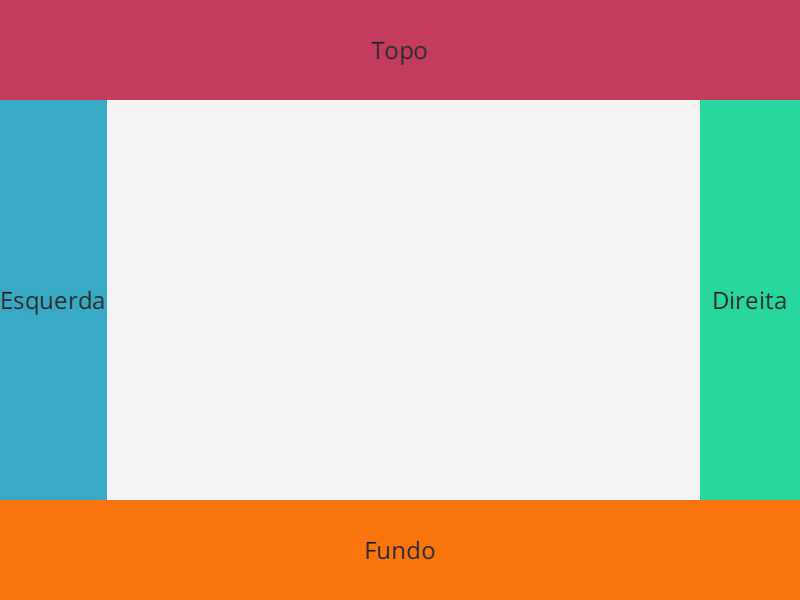
Repository: fredoluzjr/Java-Udemy
Program's window: java Workspace/exercicios-javafx/src/layout/AppLayout.java
An editor plug-in stored every save of this project. The program's window is shown before and after the next save, followed by the edit.
It runs on Java 21 on a 1366 x 768 screen with JavaFX 11; the title bar is not drawn.

Above is the program's window before, as saved 2021-07-08 22:30:53.

### Workspace/exercicios-javafx/src/layout/AppLayout.java
package layout;

import javafx.application.Application;
import javafx.scene.Parent;
import javafx.scene.Scene;
import javafx.stage.Stage;

public class AppLayout extends Application{

	@Override
	public void start(Stage primaryStage) throws Exception {
		Parent raiz = null;

		//raiz = new TesteAnchorPane();
		raiz = new TesteBorderPane();

		//Scene principal = new Scene(new TesteAnchorPane(), 800, 600);
		Scene principal = new Scene(raiz, 800, 600);

		primaryStage.setScene(principal);
		primaryStage.setTitle("Gerenciadores de Layout");
		primaryStage.show();
	}

	public static void main(String[] args) {
		launch(args);
	}
}

### Workspace/exercicios-javafx/src/layout/TesteBorderPane.java
package layout;

import javafx.scene.layout.BorderPane;

public class TesteBorderPane extends BorderPane{

	public TesteBorderPane() {

		Caixa c1 = new Caixa().comTexto("Topo");
		setTop(c1);

		Caixa c2 = new Caixa().comTexto("Esquerda");
		setLeft(c2);

		Caixa c3 = new Caixa().comTexto("Direita");
		setRight(c3);

		Caixa c4 = new Caixa().comTexto("Fundo");
		setBottom(c4);
	}
}

### Workspace/exercicios-javafx/src/layout/Caixa.java
package layout;

import javafx.geometry.Insets;
import javafx.geometry.Pos;
import javafx.scene.control.Label;
import javafx.scene.layout.Background;
import javafx.scene.layout.BackgroundFill;
import javafx.scene.layout.CornerRadii;
import javafx.scene.layout.HBox;
import javafx.scene.paint.Color;
import javafx.scene.text.Font;

public class Caixa extends HBox {

	private static int i = 0;

	public String[] cores = {
		"#c33c5e", "#39aac6", "#28d79d",
		"#fb750e", "#6657a8", "#f9060e"
	};

	public Caixa() {
		this(100, 100);
	}

	public Caixa(int largura, int altura) {
		setAlignment(Pos.CENTER);

		setMinWidth(largura);
		setMinHeight(altura);

		BackgroundFill fill = new BackgroundFill(Color.web(cores[i]), CornerRadii.EMPTY, Insets.EMPTY);
		setBackground(new Background(fill));

		i++;
		if(i == 6) i = 0;
	}

	public Caixa comTexto(String texto) {
		Label label = new Label(texto);
		label.setFont(new Font(24));
		getChildren().add(label);
		return this;
	}
}

After the next save:
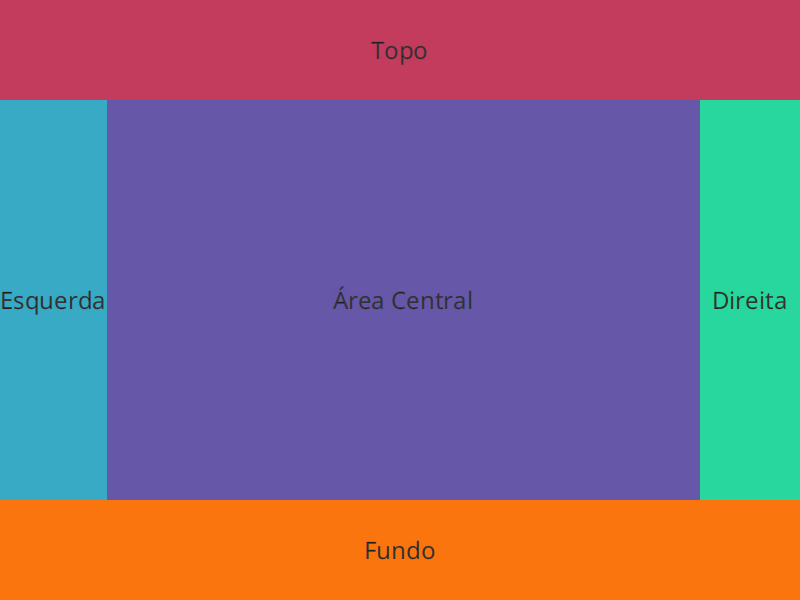
Saved 41 s later.
--- a/Workspace/exercicios-javafx/src/layout/TesteBorderPane.java
+++ b/Workspace/exercicios-javafx/src/layout/TesteBorderPane.java
@@ -17,5 +17,8 @@
 
 		Caixa c4 = new Caixa().comTexto("Fundo");
 		setBottom(c4);
+
+		Caixa c5 = new Caixa().comTexto("Área Central");
+		setCenter(c5);
 	}
 }
